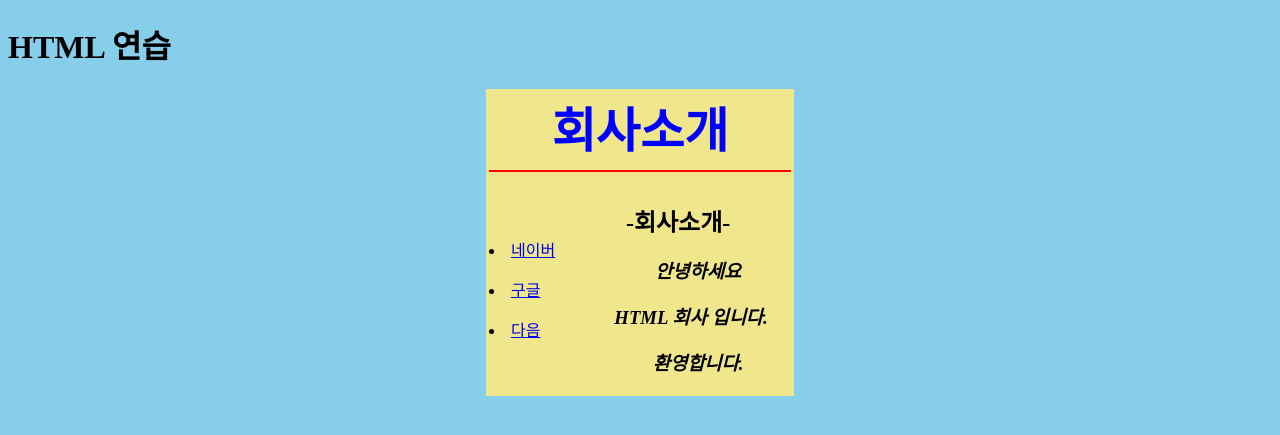
Repository: basstpgns/20201029html
Page: jsp/html/quiz02.html
An editor plug-in stored every save of this project. The page is shown before and after the next save, followed by the edit.
The browser window is 1280 px wide. The pictures show the whole page.

Above is the page before, as saved 2020-10-29 08:51:21.

After the next save:
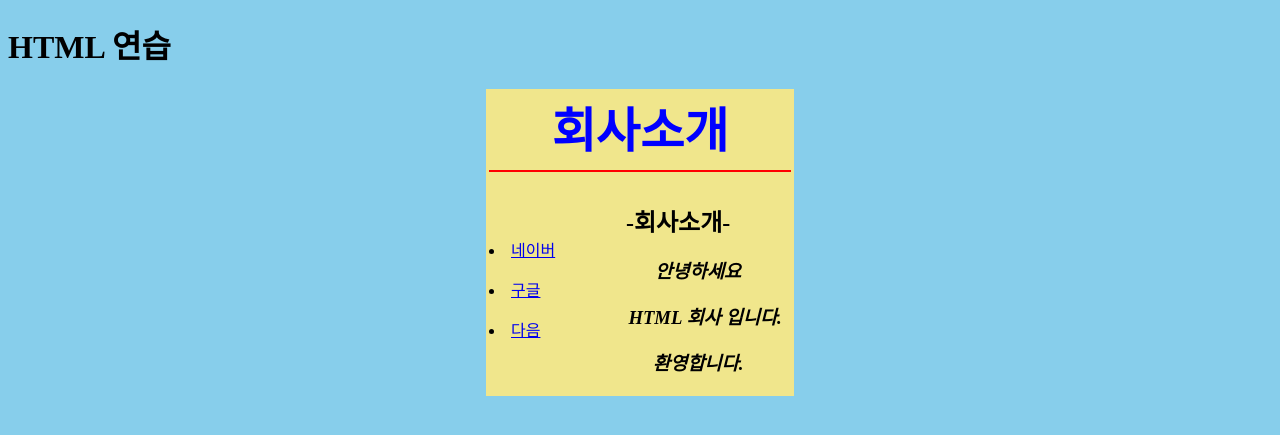
Saved 11 s later.
--- a/jsp/html/quiz02.html
+++ b/jsp/html/quiz02.html
@@ -35,7 +35,7 @@
 							<dd>
 								<i>
 									<p>안녕하세요</p>
-									<p>HTML 회사 입니다.&nbsp;&nbsp;&nbsp;</p>
+									<p>&nbsp;&nbsp;&nbsp;HTML 회사 입니다.</p>
 									환영합니다.
 								</i>
 							</dd>
